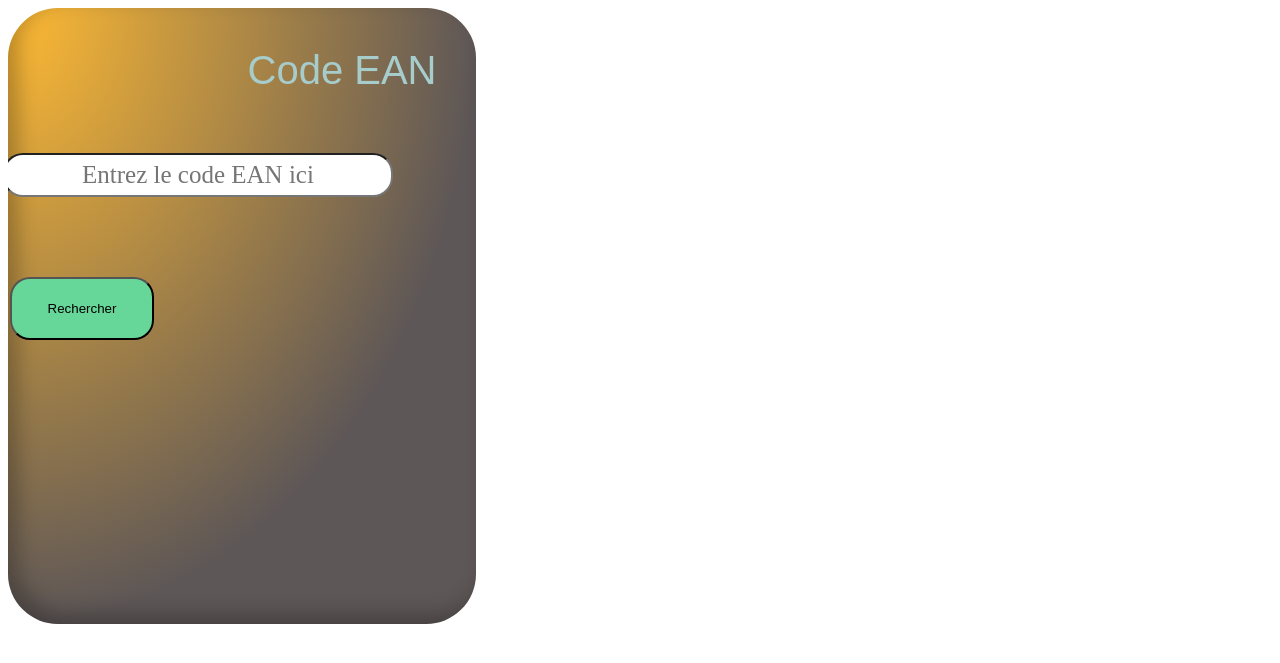
Repository: Zouz01/exo-toucan
Page: index.html
An editor plug-in stored every save of this project. The page is shown before and after a run of saves, followed by the edit.
The browser window is 1280 px wide. The pictures show the whole page.

Above is the page before, as saved 2023-09-21 12:11:07.

### index.html
<!DOCTYPE html>
<html lang="fr">
<head>
    <meta charset="UTF-8">
    <meta name="viewport" content="width=device-width, initial-scale=1">
    <title>TOUCAN API</title>
    <link rel="stylesheet" type="text/css" href="main.css">
</head>
<body>
    <div class="container">
        <!-- Formulaire de recherche -->
        <form id="product-form" action="https://fr.openfoodfacts.org/api/v0/product/<<code_EAN_13>>" method="POST">
            <label for="code_ean">Code EAN </label>
            <input type="text" id="code_ean" name="code_ean" placeholder="Entrez le code EAN ici"><!-- Champ de saisie du code EAN -->
            <button type="submit" id="submit">Rechercher</button> <!-- Bouton de soumission du formulaire -->
        </form>

        <!-- Conteneur pour l'affichage de l'image et des informations -->
        <div><img id="img"></div>
        <div id="product-info"></div>
    </div>

    <!-- Inclusion du script JavaScript -->
    <script src="main.js"></script>
   <scrip // Récupérez une référence vers le conteneur de résultat
    var resultContainer = document.getElementById('result-container');

    // Récupérez la hauteur du contenu de #product-info
    var contentHeight = document.getElementById('product-info').offsetHeight;

    // Définissez la hauteur de #result-container en fonction de la hauteur du contenu
    resultContainer.style.height = contentHeight + 'px';</script>

</body>
</html>

### main.css
body {
    font-family: Arial, sans-serif;

}

.container {
    width: 428px;
    height: 926px;
   position: fixed;
    text-align: center;

    background: radial-gradient(100% 100% at 0% 0%, #FFBA33 0%, #5e5757 100%);
   /* background: radial-gradient(100% 100% at 0% 0%, #A6A6A6 0.46%, #000000 78.06%);
    background: linear-gradient(167.94deg, #7AA77E 0%, #476F72 100%);*/

    opacity: 1.8;
    box-shadow: inset 10px -10px 20px rgba(0, 0, 0, 0.25);
    border-radius: 50px;
    overflow: auto; /* Ajout du débordement automatique si le contenu dépasse la hauteur du conteneur */
    max-height: 80%; /* Définition d'une hauteur maximale pour le contenu */
    padding: 20px; /* Ajout d'un espace interne pour le contenu */
    display: flex; /* Utilisation de flexbox pour centrer le contenu */
    justify-content: center; /* Centre horizontalement le contenu */
    align-items: flex-start; /* Aligne les éléments en haut de la div container */
}


/* position ecriture label*/
label {

    top: 20px;
    font-size: 40px;
    color: rgb(167, 204, 204);
   left: 120px;
    position :relative;



}
/*position img*/
#img {
    position: relative;
   border-radius: 20px;
   width: 20%;
   top: 900px;
}

/*position retour d'information produit*/
#product-info {
    padding: 20px;
    color: rgb(171, 221, 205);
    font-size: larger;
    text-align: center; /* Centre le texte horizontalement */
    max-height: 100%; /* Le contenu de #product-info ne dépassera pas la hauteur du conteneur */
    overflow-y: auto; /* Ajout du débordement vertical automatique si le contenu dépasse la hauteur maximale */

}
h2 {
    font-size: xx-large;
    color: #7af3b1;
}
p{
    font-size: larger ;
}

/* Champ de saisie pour entrer le code EAN */
#code_ean {
    position: relative;
   border-radius: 20px;
    width: 382px;
    height: 38px;
   right:24px ;
    top: 80px;
    font-family: 'Montserrat';
font-style: normal;
font-weight: 500;
font-size: 25px;
line-height: 30px;
text-align: center;

color: #0f0d0d;



}

/* Bouton de recherche */
button[type="submit"] {
    position: absolute;
    width: 144px;
    height: 63px;
  background-color: #67d699;
    top: 160px;
    border-radius: 20px;
    right: 140px;
    position: relative;



}




/* styles pour les écrans plus grands */
/* @media (min-width: 900px) {
     .container {
        width: 1860px;
        height: 900px;
     }
        button[type="submit"] {
            position: absolute;
    width: 184px;
    height: 83px;
  background-color: #67d699;
    bottom: 50px;
    border-radius: 20px;
    right: 870px;
        }
        #code_ean {
            position: absolute;
           border-radius: 20px;
            width: 1382px;
            height: 68px;
           right:15% ;
            top: 80px;
            font-family: 'Montserrat';
        font-style: normal;
        font-weight: 500;
        font-size: 25px;
        line-height: 30px;
        text-align: center;
        color: #0f0d0d;

 }
 label {

    top: 20px;
    font-size: 40px;
    color: rgb(167, 204, 204);
   left: 800px;
    position :fixed;

}
#product-info {
    position: absolute;
    padding: 50px;
    color:rgb(171, 221, 205);
    top: 200px;
    left: 30%;

 }
 #img {
    position: relative;
   border-radius: 20px;
   max-width: 20%;
   max-height: 10%;
   top: 230px;
   right: 30%;
}
h2 {
    font-size: 50px;
    color: aqua;
}
p{
    font-size: 30px ;
}
} */

### main.js
const form = document.querySelector("#product-form"); //Interagit avec  HTML avec l'id "product-form"
const code_ean = document.querySelector("#code_ean"); //Interagit avec  HTML  avec l'id "code_ean"
const productInfo = document.querySelector("#product-info"); //Interagit avec  HTML avec l'id "les informations produits"
const img = document.querySelector("#img");  //Interagit avec  HTML avec l'id "les images"
const submit = document.querySelector("#submit");  //Interagit avec  HTML avec l'id "Boutton envoi"


submit.addEventListener("click", (e) => { // Ecouteur d'événement sur le bouton d'envoi qui écoute un événement de clic
    e.preventDefault();

    // validation du code
    if (code_ean.value.length !== 13) {
        alert("Le code EAN doit contenir 13 chiffres.");// Le script vérifie si la valeur du champ de saisie du code EAN comporte 13 caractères
        return;                                         // Sinon, il affiche une alerte indiquant que le code EAN doit contenir 13 chiffres.
    }else

// Si code correct alors ...
    // Récupére les informations du produit depuis l'API
    fetch("https://fr.openfoodfacts.org/api/v0/product/" + code_ean.value) //Méthode pour envoyer une requête GET à l'API
        .then((reponse) => reponse.json())   //  Convertit  la réponse de l'API en JSON
        .then((data) => {                    //  Pour accéder aux données.
            let product = data.product;
            img.src = product.image_url;


             //Affiche les informations sur le produit, ( avec innerHTML on definila source de l'éléments)
             productInfo.innerHTML =`
             <h2><b>Nom</b> : ${product.abbreviated_product_name}</h2>
             <p><b>Marque</b> : ${product.brands}</p>
             <p><b>Catégorie</b> : ${product.categories}</p>
             <p><b>Ingrédients</b> : ${product.ingredients_text}</p>`
             console.log (data)
        }); // ${} veut dire interpreter

});

   /*fecht veut dire aller chercher*/

After the next 2 saves:
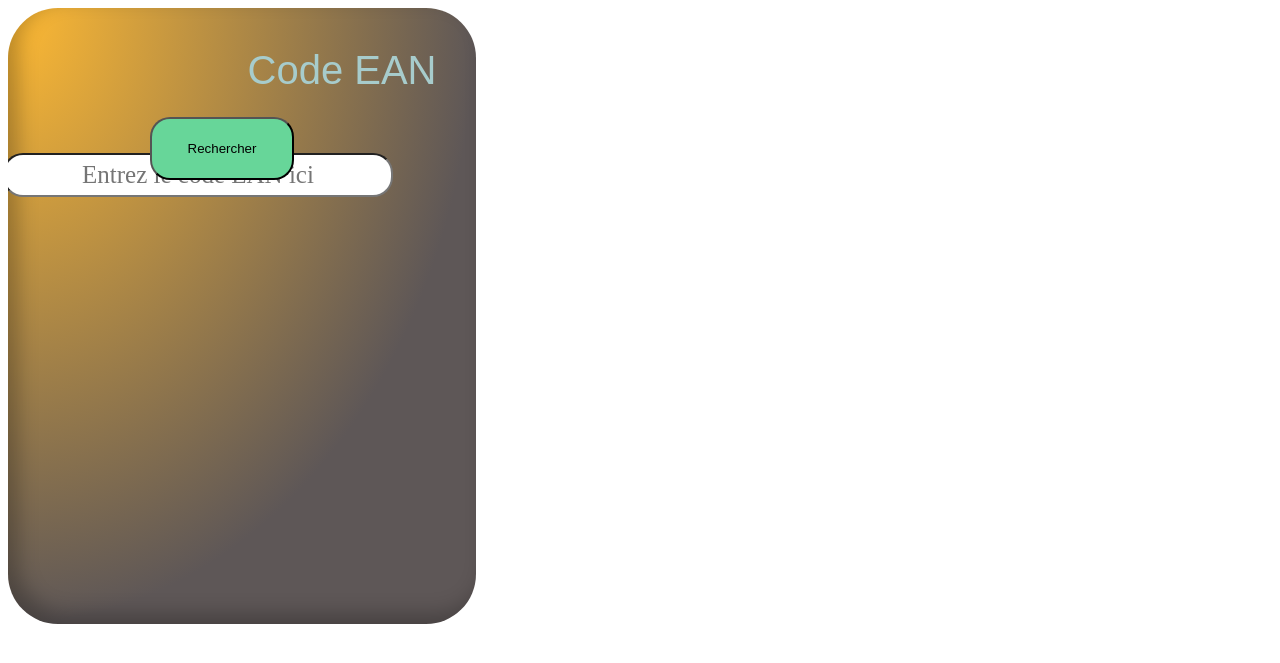
The 2 saves are shown as one change because they came seconds apart.
The last was saved 81 s later.
--- a/main.css
+++ b/main.css
@@ -90,9 +90,9 @@ button[type="submit"] {
     width: 144px;
     height: 63px;
   background-color: #67d699;
-    top: 160px;
+
     border-radius: 20px;
-    right: 140px;
+
     position: relative;
 
 
